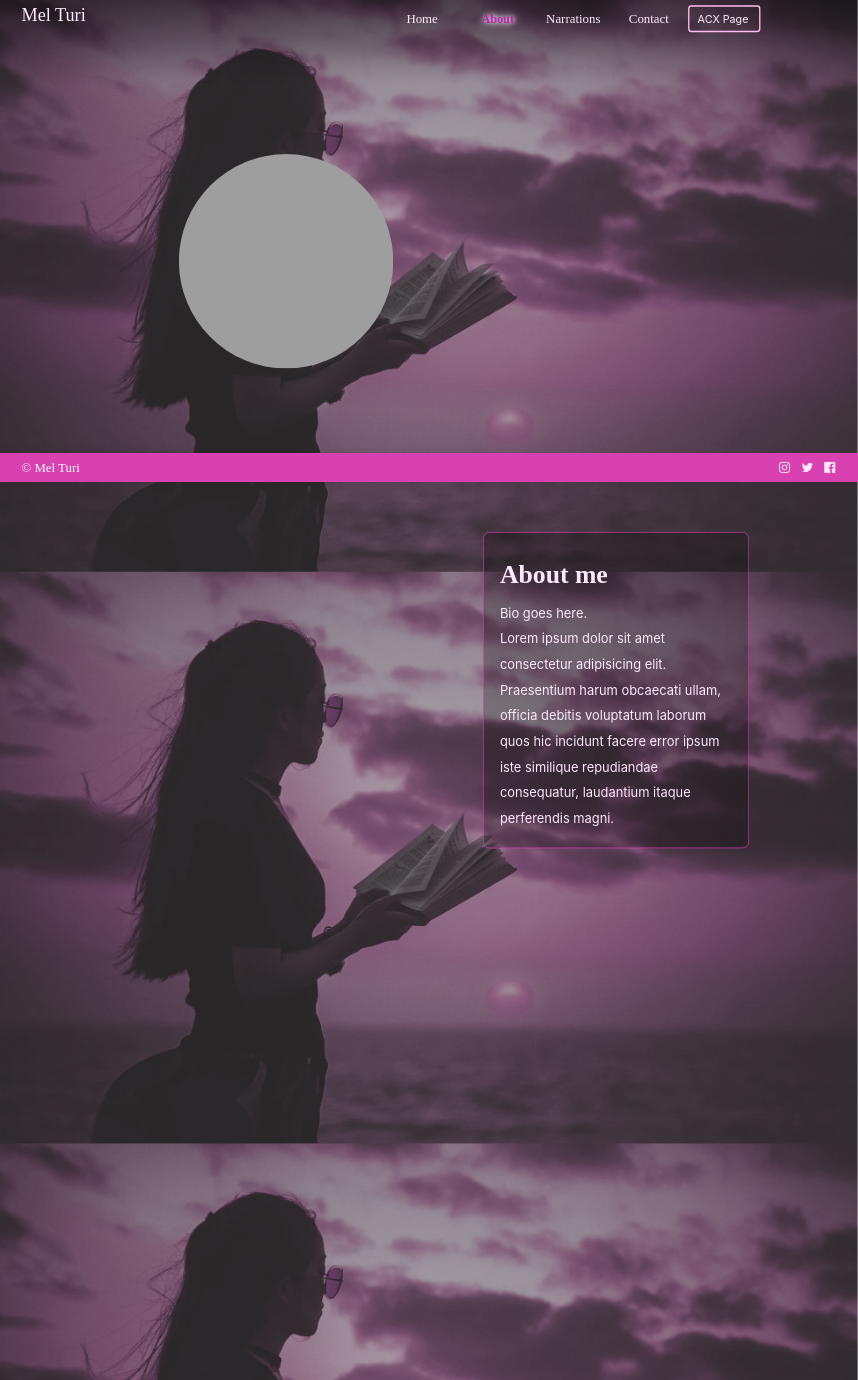
Repository: mel-turi/mel-turi-website
Page: /about
These files come from the project's save history. The page is drawn as it stood at one moment and after the next save; the edit follows.
The browser window is 1280 px wide. The pictures show the whole page, at 67% of full size.
Pictures or frames that could not be fetched are drawn as grey boxes. Backgrounds fixed to the window are drawn as part of the page. Some web fonts or font styles are not loaded; a fallback is used. The project was rebuilt for these pictures with package versions that can differ from the ones it lists, and the page was loaded fresh each time. Also part of the build but not shown: src/Main.jsx, src/Narrations.jsx, src/Contact.jsx.

Above is the page before, as saved 2019-08-25 20:45:16.

After the next save:
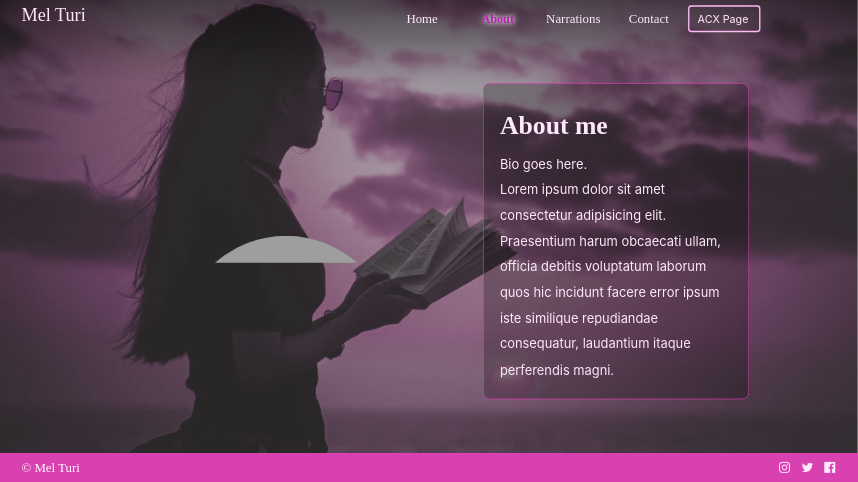
Saved 4 s later.
--- a/src/index.css
+++ b/src/index.css
@@ -219,7 +219,7 @@ a:hover,
   border-radius: 10px;
   padding: 1.5rem;
   font-size: 1rem;
-  height: 100rem;
+  height: 1rem;
 }
 
 .about2-contents img {
